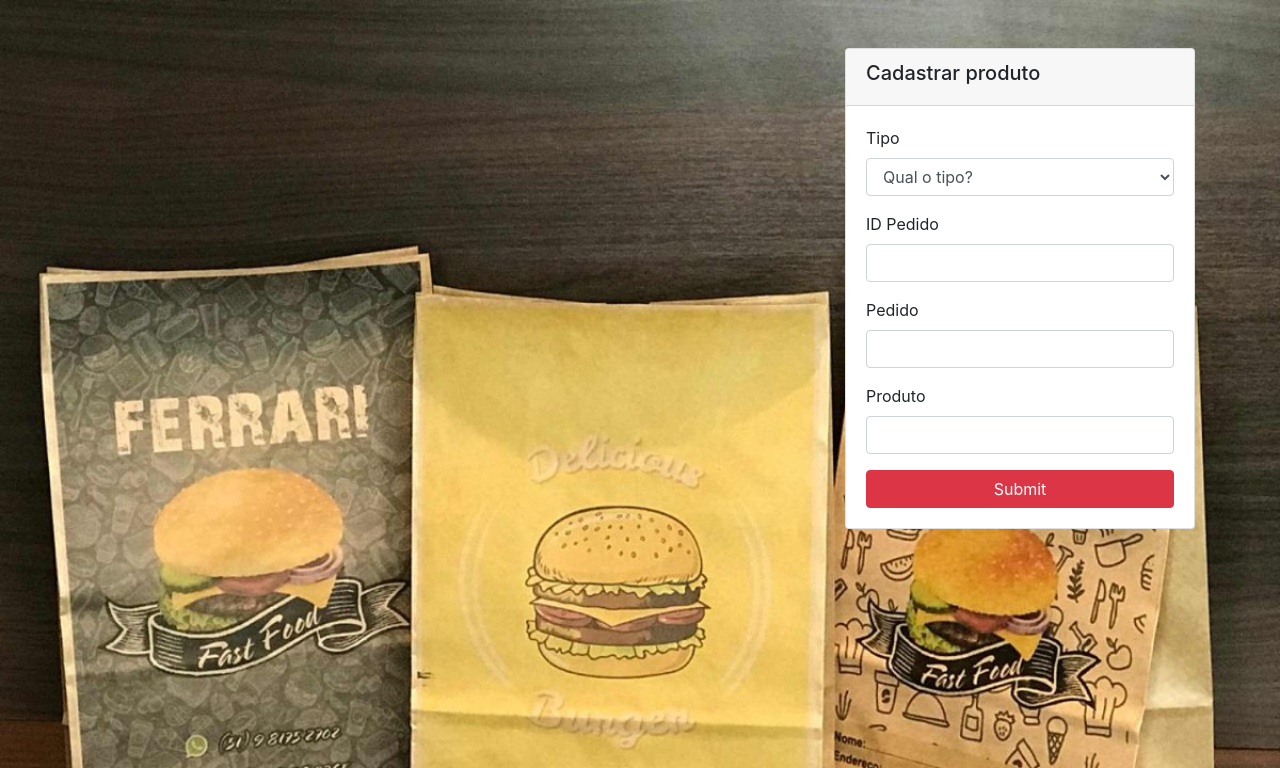
Repository: AnaMassaro/projetoRestaurante
Page: http://localhost/WEBRes/editarPedido.jsp
The author's editor kept a copy of each file at every save. The page is drawn from the files as they stood at one save, then again after the next save.
The browser window is 1280 px wide. The pictures show the whole page.
The page is served by Tomcat 9. Other server files are loaded and not shown.

Above is the page before, as saved 2019-12-17 00:36:27.
Console error: TypeError: Cannot read properties of undefined (reading 'fn')
Not found: WEBRes/WEBRes/style.css

### WEBRes/WebContent/editarPedido.jsp
<%@ page language="java" contentType="text/html; charset=ISO-8859-1"
    pageEncoding="ISO-8859-1"%>
<!DOCTYPE html PUBLIC "-//W3C//DTD HTML 4.01 Transitional//EN" "http://www.w3.org/TR/html4/loose.dtd">
<html>
<head>
<meta http-equiv="Content-Type" content="text/html; charset=ISO-8859-1">
<title>Editar pedido</title>

	<meta name="viewport" content="width=device-width, initial-scale=1.0">
    <meta http-equiv="X-UA-Compatible" content="ie=edge">
	<script type="text/javascript" src="bootstrap/js/bootstrap.js"></script>
	<link rel="stylesheet" href="bootstrap/css/bootstrap.css">
	<link rel="stylesheet" href="style.css">


	<style>
		body,html{
			height:100%;
		}

        body {
            background-image:url(./img/finalizar.jpg);
            background-repeat: no-repeat;
            background-size: cover;

        }

     </style>
</head>
<body>

<div class="container mt-5">
        <div class="row ">
   			<div class="col-8">

   			</div>
   			<div class="col-lg-4 col-sm-12">
   				<div class="card c">
   					<div class="card-header">
   						<h5>Cadastrar produto</h1>
   					</div>
   					<div class="card-body">
   						<form method="get" action="Processa">

   							<div class="form-group">
   								<label>Tipo</label>
   								<select name="tipoProd" class="form-control">
   									<option value="selecione" disabled selected >Qual o tipo?</option>
   									<option value="lanche">Lanche</option>
   									<option value="porcao">Porção</option>
   									<option value="bebida">Bebida</option>
   								</select>
   							</div>

   							<div class="form-group">
   								<label>ID Pedido</label>
   								<input type="text" name="nomeProd" class="form-control">
   							</div>
   							<div class="form-group">
   								<label>Pedido</label>
   								<input type="text" name="descricaoProd" class="form-control">
   							</div>

   							<div class="form-group">
   								<label>Produto</label>
   								<input type="text" name="precoProd" class="form-control">
   							</div>
   							<input type="hidden" name="acao" value="cadastrarProduto">
   							<input type="submit" class="btn btn-danger btn-block">
   						</form>
   					</div>
   				</div>
   			</div>
        </div>
    </div>



</body>
</html>

Loaded but not shown: WEBRes/WebContent/bootstrap/js/bootstrap.js (library); WEBRes/WebContent/bootstrap/css/bootstrap.css (library)

After the next save:
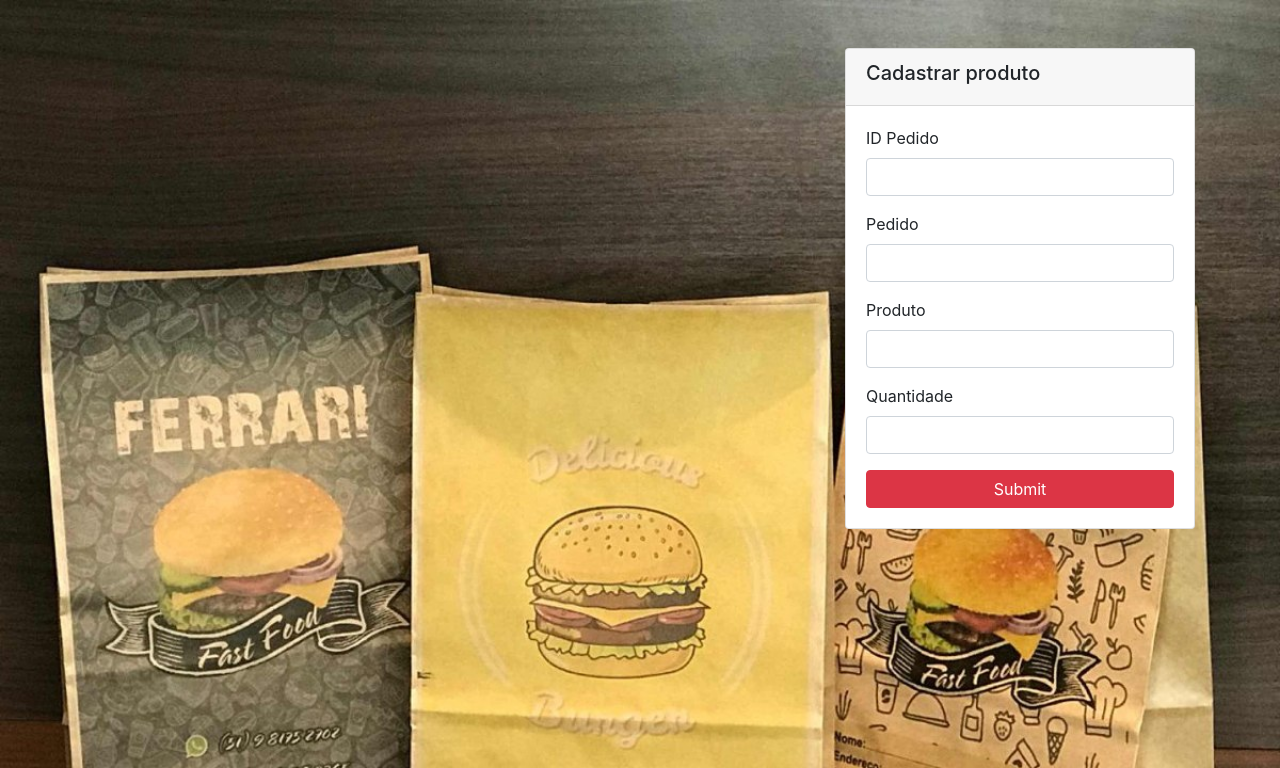
Saved 20 s later.
--- a/WEBRes/WebContent/editarPedido.jsp
+++ b/WEBRes/WebContent/editarPedido.jsp
@@ -43,16 +43,6 @@
    						<form method="get" action="Processa">
 
    							<div class="form-group">
-   								<label>Tipo</label>
-   								<select name="tipoProd" class="form-control">
-   									<option value="selecione" disabled selected >Qual o tipo?</option>
-   									<option value="lanche">Lanche</option>
-   									<option value="porcao">Porção</option>
-   									<option value="bebida">Bebida</option>
-   								</select>
-   							</div>
-
-   							<div class="form-group">
    								<label>ID Pedido</label>
    								<input type="text" name="nomeProd" class="form-control">
    							</div>
@@ -65,6 +55,12 @@
    								<label>Produto</label>
    								<input type="text" name="precoProd" class="form-control">
    							</div>
+
+   							<div class="form-group">
+   								<label>Quantidade</label>
+   								<input type="text" name="precoProd" class="form-control">
+   							</div>
+
    							<input type="hidden" name="acao" value="cadastrarProduto">
    							<input type="submit" class="btn btn-danger btn-block">
    						</form>
